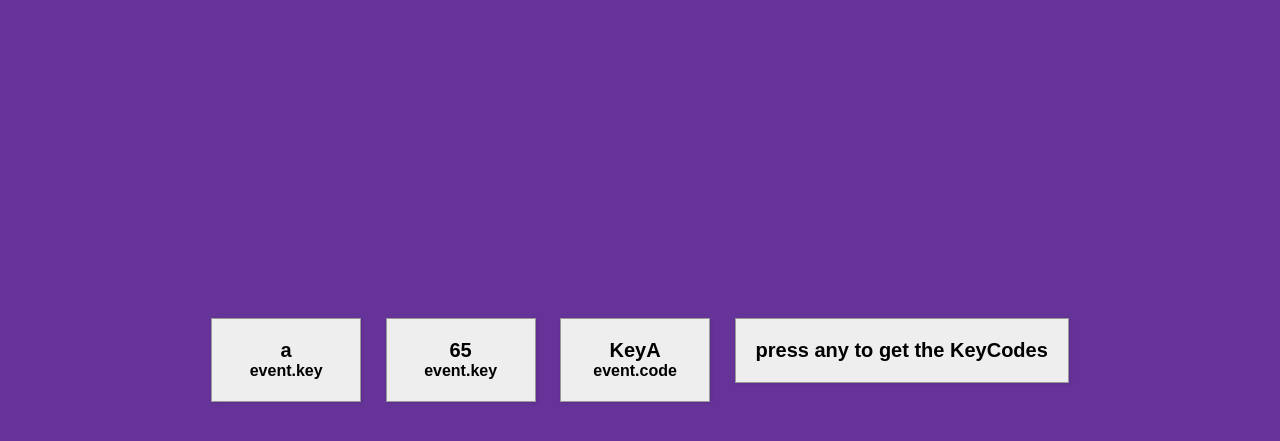
Repository: ElideZavala/Generator-Key
Page: index.html
The author's editor kept a copy of each file at every save. The page is drawn from the files as they stood at one save, then again after the next save.
The browser window is 1280 px wide. The pictures show the whole page.
Some web fonts or font styles are not loaded; a fallback is used.

Above is the page before, as saved 2021-06-07 15:15:24.

After the next save:
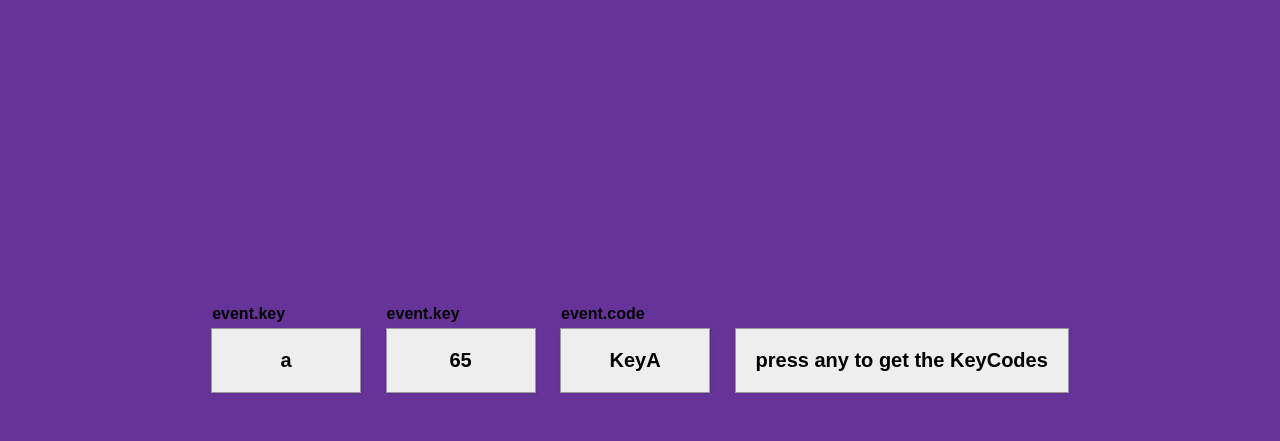
Saved 17 min 18 s later.
--- a/style.css
+++ b/style.css
@@ -32,3 +32,9 @@ body {
 	min-width: 150px;
 	position: relative;
 }
+
+.key small {
+	position: absolute;
+	top: -24px;
+	left: 0;
+}
